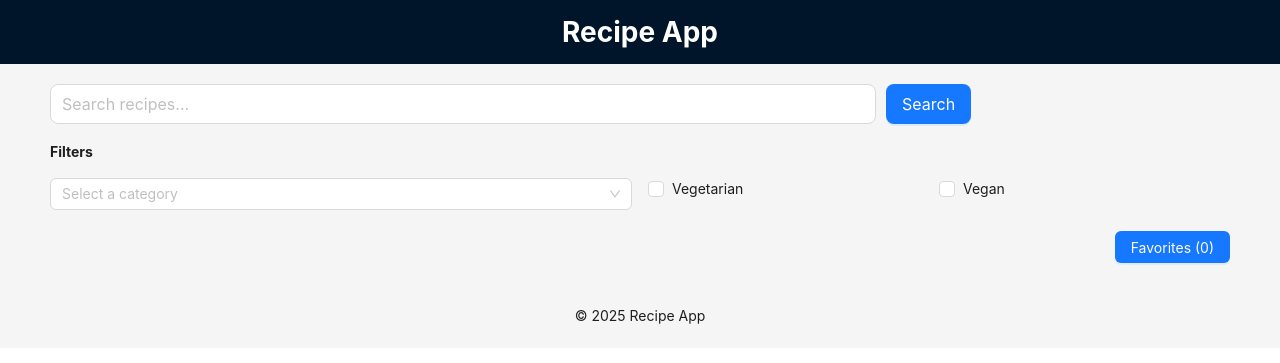
Repository: LearnTek-In-Private-Limited/recipie-era-premier
Page: /
These files come from the project's save history. The page is drawn as it stood at one moment and after the next save; the edit follows.
The browser window is 1280 px wide. The pictures show the whole page.
The page's requests for data from a server got no answer. The project was rebuilt for these pictures with package versions that can differ from the ones it lists, and the page was loaded fresh each time. No one was signed in, and anything a server would have sent is missing.

Above is the page before, as saved 2025-01-25 19:50:24.

### src/App.js
import React from 'react';
import { Provider } from 'react-redux';
import store from './redux/store';
import RecipeList from './components/RecipeList';
import SearchBar from './components/SearchBar';
import FilterOptions from './components/FilterOptions';
import FavoritesButton from './components/FavoritesButton';
import { Layout, Row, Col } from 'antd';

const { Header, Content, Footer } = Layout;

function App() {
  return (
    <Provider store={store}>
      <Layout>
        <Header style={{ backgroundColor: '#001529', color: 'white', textAlign: 'center' }}>
          <h1 style={{ color: 'white', margin: 0 }}>Recipe App</h1>
        </Header>
        <Content style={{ padding: '20px 50px' }}>
          <Row gutter={[16, 16]}>
            {/* Filters and Search Bar */}
            <Col span={24}>
              <SearchBar />
              <FilterOptions />
            </Col>
          </Row>

          <Row gutter={[16, 16]}>
            {/* Recipe List */}
            <Col span={24}>
              <RecipeList />
            </Col>
          </Row>

          {/* Favorites Button */}
          <FavoritesButton />
        </Content>
        <Footer style={{ textAlign: 'center' }}>© 2025 Recipe App</Footer>
      </Layout>
    </Provider>
  );
}

export default App;

### src/redux/store.js
import { createStore, combineReducers, applyMiddleware } from 'redux';
import {thunk} from 'redux-thunk';
import { recipeReducer, favoriteReducer } from '../redux/reducers/recipeReducer';

const rootReducer = combineReducers({
  recipes: recipeReducer,
  favorites: favoriteReducer,
});

const store = createStore(rootReducer, applyMiddleware(thunk));

export default store;

### src/components/RecipeList.js
import React, { useState, useEffect } from 'react';
import { Card, Col, Row, Button, Modal } from 'antd';
import { useDispatch, useSelector } from 'react-redux';
import { fetchRecipes, toggleFavorite } from '../redux/actions/recipeActions';

const RecipeList = () => {
  const dispatch = useDispatch();
  const recipes = useSelector((state) => state.recipes.recipes);
  const favorites = useSelector((state) => state.favorites);
  const [selectedRecipe, setSelectedRecipe] = useState(null);

  // Fetch recipes on mount
  useEffect(() => {
    dispatch(fetchRecipes());
  }, [dispatch]);

  const isFavorite = (recipe) => favorites.some((fav) => fav.label === recipe.label);

  const handleRecipeClick = (recipe) => {
    setSelectedRecipe(recipe);
  };

  const handleCloseModal = () => {
    setSelectedRecipe(null);
  };

  const toggleFavoriteStatus = (recipe) => {
    dispatch(toggleFavorite(recipe));
  };

  return (
    <>
      <Row gutter={[16, 16]}>
        {recipes.map((recipe, index) => (
          <Col xs={24} sm={12} md={8} lg={6} key={index}>
            <Card
              hoverable
              style={{ height: '100%', display: 'flex', flexDirection: 'column', justifyContent: 'space-between' }}
              cover={
                <img
                  alt={recipe.label}
                  src={recipe.image}
                  style={{ height: '200px', objectFit: 'cover' }}
                />
              }
              title={recipe.label}
              onClick={() => handleRecipeClick(recipe)} // Clicking on the card opens the modal
            >
              <p>{recipe.cuisineType?.join(', ') || 'No cuisine info'}</p>
              <Button
                type={isFavorite(recipe) ? 'danger' : 'primary'}
                onClick={(e) => {
                  e.stopPropagation(); // Prevent card click event from firing
                  toggleFavoriteStatus(recipe);
                }}
              >
                {isFavorite(recipe) ? 'Remove Favorite' : 'Add to Favorites'}
              </Button>
            </Card>
          </Col>
        ))}
      </Row>

      {/* Modal to show recipe details */}
      <Modal
        title={selectedRecipe?.label}
        visible={selectedRecipe !== null}
        onCancel={handleCloseModal}
        footer={null}
        width={800}
      >
        {selectedRecipe && (
          <div>
            <img
              alt={selectedRecipe.label}
              src={selectedRecipe.image}
              style={{ width: '100%', height: 'auto', objectFit: 'cover' }}
            />
            <h3>Ingredients</h3>
            <ul>
              {selectedRecipe.ingredients.map((ingredient, index) => (
                <li key={index}>{ingredient.text}</li>
              ))}
            </ul>
            <h3>Instructions</h3>
            <p>{selectedRecipe.instructions}</p>
            <p><strong>Preparation time:</strong> {selectedRecipe.totalTime} minutes</p>
            <p><strong>Serving size:</strong> {selectedRecipe.yield} servings</p>
          </div>
        )}
      </Modal>
    </>
  );
};

export default RecipeList;

### src/components/SearchBar.js
import React, { useState } from 'react';
import { Input, Button, message } from 'antd';
import { useDispatch } from 'react-redux';
import { fetchRecipes } from '../redux/actions/recipeActions';

const SearchBar = () => {
  const [query, setQuery] = useState('');
  const dispatch = useDispatch();

  const handleSearch = () => {
    if (!query) {
      message.warning('Please enter a search query');
      return;
    }
    dispatch(fetchRecipes(query));
  };

  return (
    <div className="mb-4">
      <Input
        placeholder="Search recipes..."
        value={query}
        onChange={(e) => setQuery(e.target.value)}
        size="large"
        style={{ marginRight: '10px', width: '70%' }}
        onPressEnter={handleSearch} // Allow "Enter" key to trigger search
      />
      <Button type="primary" size="large" onClick={handleSearch}>
        Search
      </Button>
    </div>
  );
};

export default SearchBar;

### src/components/FilterOptions.js
import React from 'react';
import { Select, Checkbox, Row, Col } from 'antd';
import { useDispatch } from 'react-redux';
import { fetchRecipes } from '../redux/actions/recipeActions';

const { Option } = Select;

const FilterOptions = () => {
  const dispatch = useDispatch();

  const handleCategoryChange = (value) => {
    dispatch(fetchRecipes(value));
  };

  const handleDietaryChange = (checkedValues) => {
    const query = checkedValues.join(',');
    dispatch(fetchRecipes(query));
  };

  return (
    <div className="mb-4">
      <h4>Filters</h4>
      <Row gutter={16}>
        <Col md={12}>
          <Select
            style={{ width: '100%' }}
            placeholder="Select a category"
            onChange={handleCategoryChange}
          >
            <Option value="breakfast">Breakfast</Option>
            <Option value="lunch">Lunch</Option>
            <Option value="dinner">Dinner</Option>
          </Select>
        </Col>
        <Col md={12}>
          <Checkbox.Group style={{ width: '100%' }} onChange={handleDietaryChange}>
            <Row>
              <Col span={12}>
                <Checkbox value="vegetarian">Vegetarian</Checkbox>
              </Col>
              <Col span={12}>
                <Checkbox value="vegan">Vegan</Checkbox>
              </Col>
            </Row>
          </Checkbox.Group>
        </Col>
      </Row>
    </div>
  );
};

export default FilterOptions;

### src/components/FavoritesButton.js
import React, { useState } from 'react';
import { Button, Modal, Row, Col, Card } from 'antd';
import { useSelector } from 'react-redux';

const FavoritesButton = () => {
  const [isModalVisible, setIsModalVisible] = useState(false);
  const favorites = useSelector((state) => state.favorites);

  const showModal = () => {
    setIsModalVisible(true);
  };

  const handleClose = () => {
    setIsModalVisible(false);
  };

  return (
    <div style={{ textAlign: 'right', marginTop: '20px' }}>
      {/* Favorites Button */}
      <Button type="primary" onClick={showModal}>
        Favorites ({favorites.length})
      </Button>

      {/* Modal to Show Favorites */}
      <Modal
        title="Your Favorites"
        visible={isModalVisible}
        onCancel={handleClose}
        footer={null}
        width={800}
      >
        <Row gutter={[16, 16]}>
          {favorites.length > 0 ? (
            favorites.map((recipe, index) => (
              <Col xs={24} sm={12} md={8} key={index}>
                <Card
                  hoverable
                  style={{
                    height: '100%',  // Ensure the card takes full height
                    display: 'flex',
                    flexDirection: 'column',
                    justifyContent: 'space-between',
                  }}
                  cover={<img alt={recipe.label} src={recipe.image} style={{ height: '200px', objectFit: 'cover' }} />}
                  title={recipe.label}
                >
                  <p>{recipe.cuisineType?.join(', ') || 'No cuisine info'}</p>
                </Card>
              </Col>
            ))
          ) : (
            <p style={{ textAlign: 'center', width: '100%' }}>No favorite recipes added yet.</p>
          )}
        </Row>
      </Modal>
    </div>
  );
};

export default FavoritesButton;

### src/redux/reducers/recipeReducer.js
const initialState = {
  recipes: [],
  loading: false,
  error: null,
};

export const recipeReducer = (state = initialState, action) => {
  switch (action.type) {
    case 'FETCH_RECIPES_SUCCESS':
      return {
        ...state,
        recipes: action.payload,
        loading: false,
      };
    case 'FETCH_RECIPES_FAILURE':
      return {
        ...state,
        loading: false,
        error: action.payload,
      };
    default:
      return state;
  }
};

const favoriteState = [];

export const favoriteReducer = (state = favoriteState, action) => {
  switch (action.type) {
    case 'TOGGLE_FAVORITE':
      const recipeExists = state.some((fav) => fav.label === action.payload.label);
      if (recipeExists) {
        return state.filter((fav) => fav.label !== action.payload.label);
      } else {
        return [...state, action.payload];
      }
    default:
      return state;
  }
};

### src/redux/actions/recipeActions.js
import axios from 'axios';

export const fetchRecipes = (query = 'pizza') => async (dispatch) => {
  try {
    const response = await axios.get(
      `https://api.edamam.com/search?q=${query}&app_id=a5de3521&app_key=28f8a20bd893e2740e68d4bbb349b977&from=0&to=50`
    );
    const recipes = response.data.hits.map(hit => hit.recipe);
    dispatch({ type: 'FETCH_RECIPES_SUCCESS', payload: recipes });
  } catch (error) {
    dispatch({ type: 'FETCH_RECIPES_FAILURE', payload: error });
  }
};

export const toggleFavorite = (recipe) => {
  return {
    type: 'TOGGLE_FAVORITE',
    payload: recipe,
  };
};

Loaded but not shown: public/index.html (common file); src/index.js (common file); src/index.css (common file); src/reportWebVitals.js (common file)

After the next save:
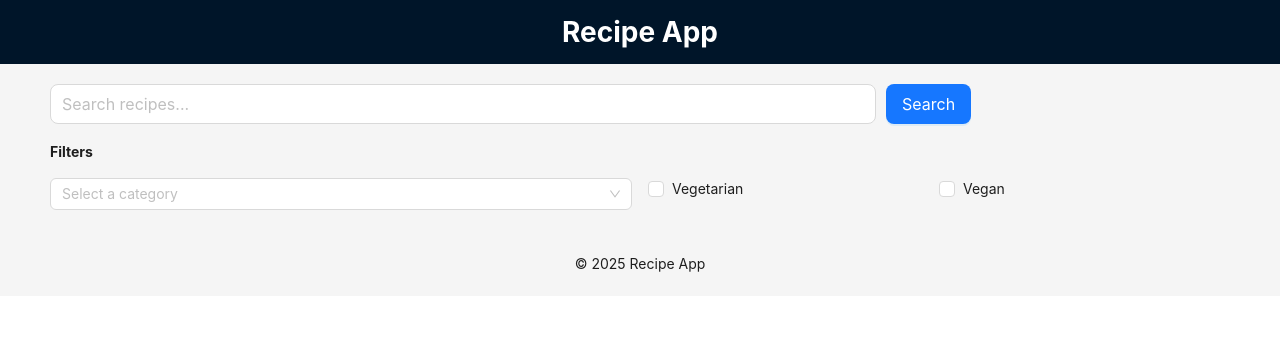
Saved 80 s later.
--- a/src/App.js
+++ b/src/App.js
@@ -32,8 +32,7 @@ function App() {
             </Col>
           </Row>
 
-          {/* Favorites Button */}
-          <FavoritesButton />
+
         </Content>
         <Footer style={{ textAlign: 'center' }}>© 2025 Recipe App</Footer>
       </Layout>
